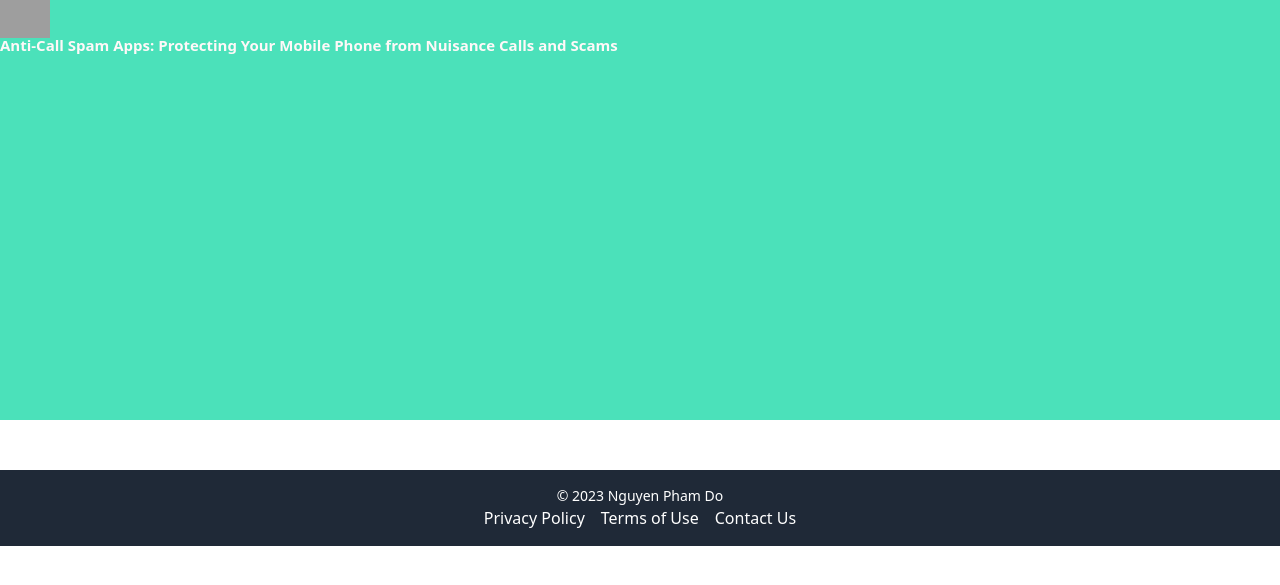
Repository: NPham1402/Web-user-callSpamBlocker
Page: /detail
The author's editor kept a copy of each file at every save. The page is drawn from the files as they stood at one save, then again after the next save.
The browser window is 1280 px wide. The pictures show the whole page.
Pictures or frames that could not be fetched are drawn as grey boxes. The project was rebuilt for these pictures with package versions that can differ from the ones it lists, and the page was loaded fresh each time. The framework's server and built-in components were replaced by stand-ins that run in the browser. Also part of the build but not shown: next.config.js.

Above is the page before, as saved 2023-02-09 20:27:35.

### pages/detail.js
import Head from "next/head";
import { useRouter } from "next/router";
import React from "react";

function detail() {
  const router = useRouter();
  const {
    query: { id },
  } = router;
  return (
    <>
      {" "}
      <Head>
        <title>Check number spam</title>
        <meta name="description" content="Generated by create next app" />
        <meta name="viewport" content="width=device-width, initial-scale=1" />
        <link rel="icon" href="/favicon.ico" />
      </Head>
      <main className="relative">
        <div className="w-100 h-[420px] bg-[#4BE1BA]">
          <img
            src="https://static.callblocker.org/img/logo.png"
            className=" w-[50px]"
          />
          <p className=" leading-none font-Raleway font-semibold text-[15px] text-[#FFF8F8] ">
            Anti-Call Spam Apps: Protecting Your Mobile Phone from Nuisance
            Calls and Scams
          </p>
        </div>
      </main>
      <footer class="bg-gray-800 mt-[50px] text-white py-4">
        <div class="container mx-auto">
          <p class="text-center text-sm">&copy; 2023 Nguyen Pham Do</p>
          <div class="flex justify-center">
            <a href="#" class="text-white mx-2">
              Privacy Policy
            </a>
            <a href="#" class="text-white mx-2">
              Terms of Use
            </a>
            <a href="#" class="text-white mx-2">
              Contact Us
            </a>
          </div>
        </div>
      </footer>
    </>
  );
}

export default detail;

### styles/globals.css
@tailwind base;
@tailwind components;
@tailwind utilities;
@import url('https://fonts.googleapis.com/css2?family=Raleway:ital&display=swap');

Loaded but not shown: pages/_app.js (common file); pages/_document.js (common file); tailwind.config.js (common file)

After the next save:
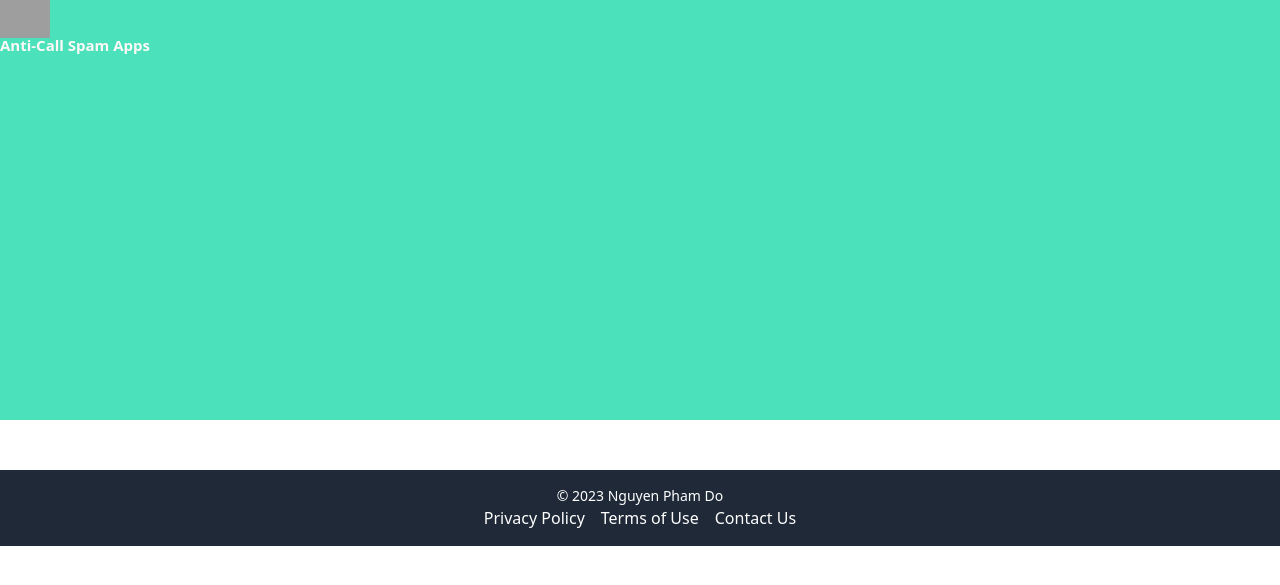
Saved 11 s later.
--- a/pages/detail.js
+++ b/pages/detail.js
@@ -23,8 +23,7 @@ function detail() {
             className=" w-[50px]"
           />
           <p className=" leading-none font-Raleway font-semibold text-[15px] text-[#FFF8F8] ">
-            Anti-Call Spam Apps: Protecting Your Mobile Phone from Nuisance
-            Calls and Scams
+            Anti-Call Spam Apps
           </p>
         </div>
       </main>
